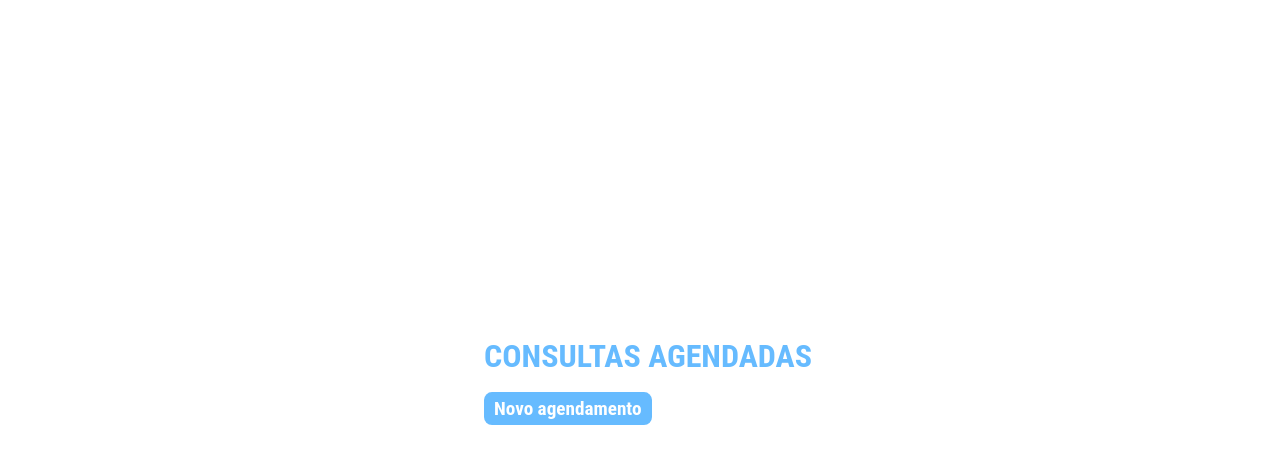
Repository: ohenriquesouza/HospitalCRUD-using-JavaEE
Page: http://localhost/JSP_test/cadastro.jsp
An editor plug-in stored every save of this project. The page is shown before and after the next save, followed by the edit.
The browser window is 1280 px wide. The pictures show the whole page.
Some web fonts or font styles are not loaded; a fallback is used. The page is served by Tomcat 10.

Above is the page before, as saved 2022-12-27 18:53:47.

After the next save:
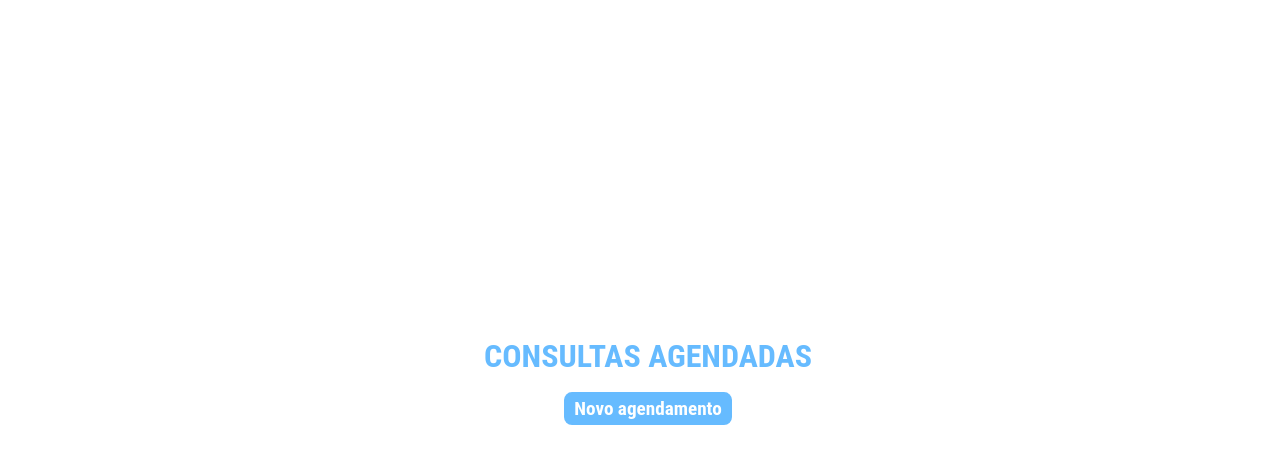
Saved 6 min 6 s later.
--- a/JSP_test/src/main/webapp/cadastro.jsp
+++ b/JSP_test/src/main/webapp/cadastro.jsp
@@ -10,6 +10,6 @@
 </head>
 <body>
 	<h1>CONSULTAS AGENDADAS</h1>
-	<a class="botao1" href="novaConsulta.html">Novo agendamento</a>
+	<center><a class="botao1" href="novaConsulta.html">Novo agendamento</a></center>
 </body>
 </html>
